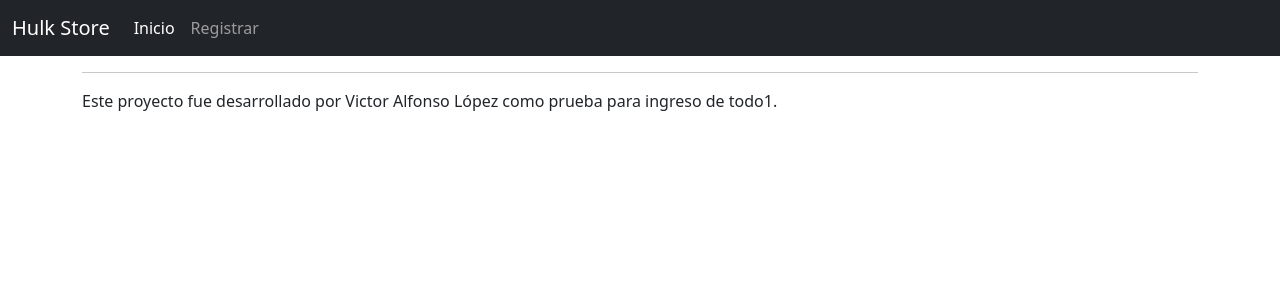
Repository: alfonsoLopez1992/PruebaTODO1
Page: http://localhost/index
These files come from the project's save history. The page is drawn as it stood at one moment and after the next save; the edit follows.
The browser window is 1280 px wide. The pictures show the whole page.
Some web libraries are served in a nearby version. The page is this project's Thymeleaf template; nobody is signed in. The template is opened directly, without the code that normally fills it, so the values that code supplies are empty.

Above is the page before, as saved 2021-02-15 19:18:46.

After the next save:
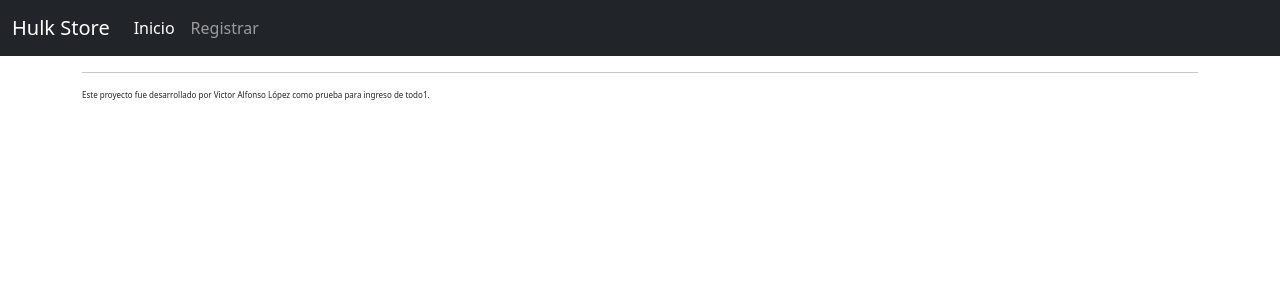
Saved 42 s later.
--- a/hulk-store-internet/src/main/resources/templates/layout/layout.html
+++ b/hulk-store-internet/src/main/resources/templates/layout/layout.html
@@ -37,7 +37,7 @@
 
 	<footer th:fragment="footer" class="container">
 		<hr />
-		<p style="font-size=8px">Este proyecto fue desarrollado por Victor Alfonso López como
+		<p style="font-size: 8px !important;">Este proyecto fue desarrollado por Victor Alfonso López como
 			prueba para ingreso de todo1.</p>
 		<script
 			src="https://cdn.jsdelivr.net/npm/bootstrap@5.0.0-beta2/dist/js/bootstrap.bundle.min.js"
